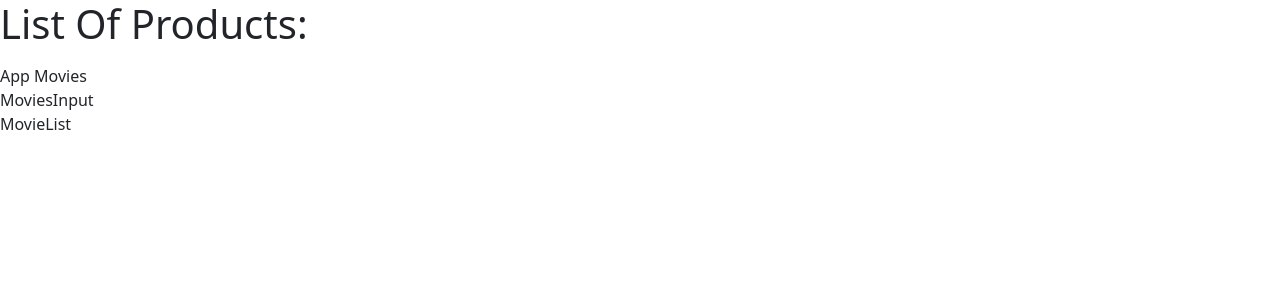
Repository: saargold/reactTest
Page: /movies
An editor plug-in stored every save of this project. The page is shown before and after the next save, followed by the edit.
The browser window is 1280 px wide. The pictures show the whole page.
The page's requests for data from a server got no answer. The project was rebuilt for these pictures with package versions that can differ from the ones it lists, and the page was loaded fresh each time. No one was signed in, and anything a server would have sent is missing. Also part of the build but not shown: src/App.css.

Above is the page before, as saved 2022-09-07 12:42:42.

### src/App.js
import logo from './logo.svg';
import './App.css';
import Apicomp from './api/Apicomp';
import AppMovies from './components/AppMovies';
function App() {
  return (
    <div className="App">
    <Apicomp/>
    <AppMovies/>
    </div>
  );
}

export default App;

### src/api/Apicomp.js
import React,{useEffect, useState} from 'react'

function Apicomp() {
    let [ar,setAr] = useState([]);
    useEffect(()=>{
        doApi()
        },[]);
        const doApi = async()=>{
        let url= "http://fs1.co.il/bus/shop.php";
        let response = await fetch(url);
        let data = await response.json();
        console.log(data);
        setAr(data);

            }
  return (
    <div>
    <h1>List Of Products:</h1>
    <ul>
        {ar.map(item =>{
            return(
            <li  key={item.id}>
                {item.name} - {item.price} Nis
            </li>
            )
        })}
    </ul>

    </div>
  )
}

export default Apicomp

### src/components/AppMovies.js
import React from 'react'
import { MoviesInput } from '../input/MoviesInput'
import { MovieList } from './MovieList'

function AppMovies() {
  return (
    <div>
      App Movies
      <MoviesInput/>
      <MovieList/>
    </div>
  )
}

export default AppMovies

### src/input/MoviesInput.js
import React from 'react'

export const MoviesInput = () => {
  return (
    <div>MoviesInput</div>
  )
}

### src/components/MovieList.js
import React from 'react'

export const MovieList = (props) => {
  return (
    <div>MovieList</div>
  )
}

Loaded but not shown: public/index.html (common file); src/index.js (common file); src/index.css (common file); src/reportWebVitals.js (common file)

After the next save:
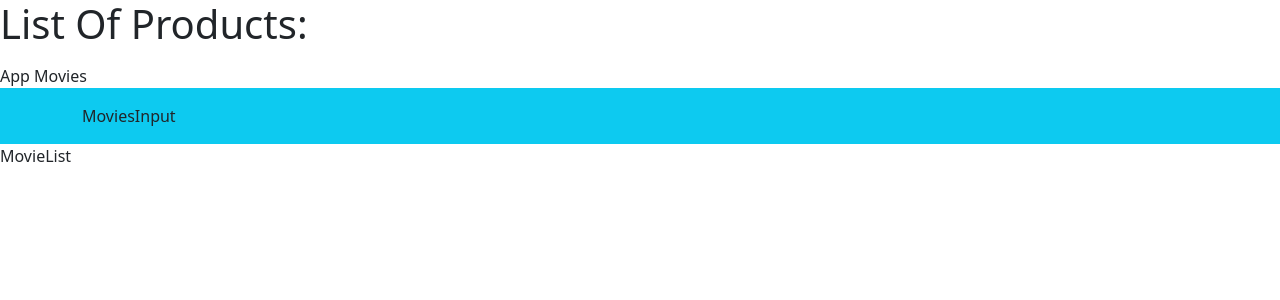
Saved 53 s later.
--- a/src/input/MoviesInput.js
+++ b/src/input/MoviesInput.js
@@ -2,6 +2,13 @@ import React from 'react'
 
 export const MoviesInput = () => {
   return (
-    <div>MoviesInput</div>
+    <div className='container-fluid bg-info p-3'>
+    <div className='container'>
+
+    MoviesInput
+    </div>
+
+
+    </div>
   )
 }
